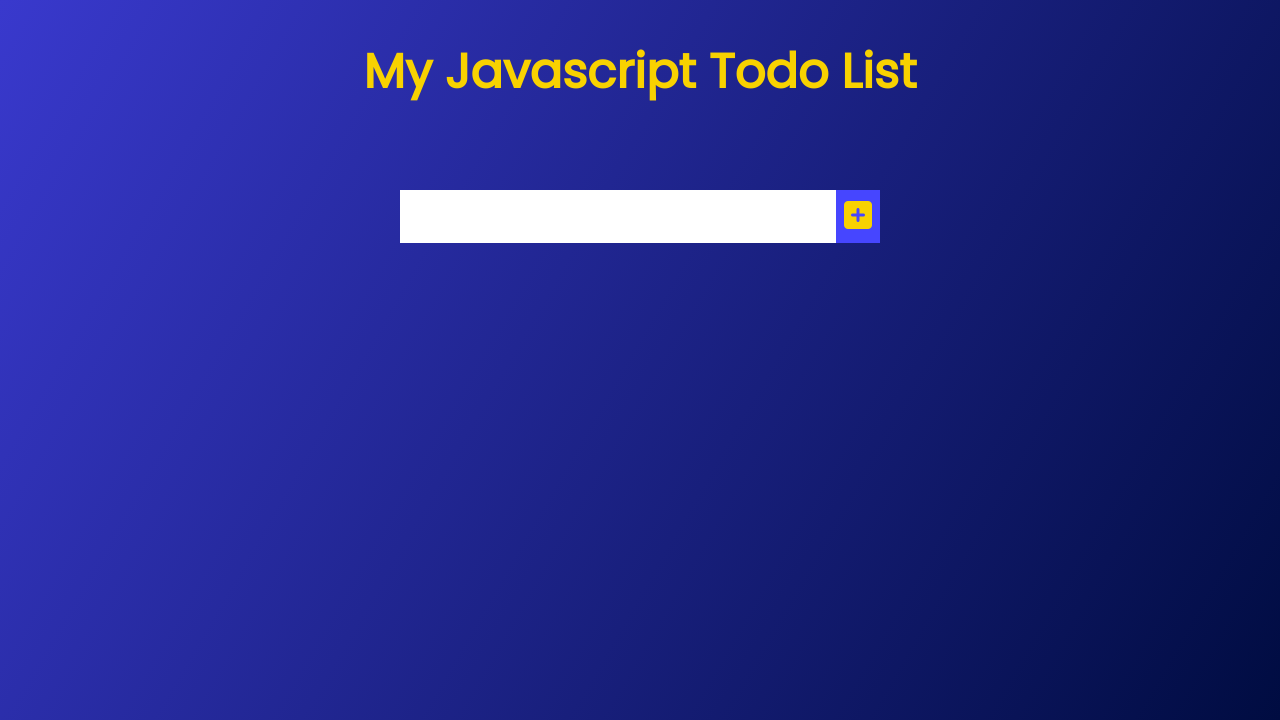
Repository: LuisMiLR/JavaScript-Todo-List
Page: index.html
An editor plug-in stored every save of this project. The page is shown before and after the next save, followed by the edit.
The browser window is 1280 px wide. The pictures show the whole page.
The pointer rests on the first visible `form button`.

Above is the page before, as saved 2023-05-01 14:13:36.

After the next save:
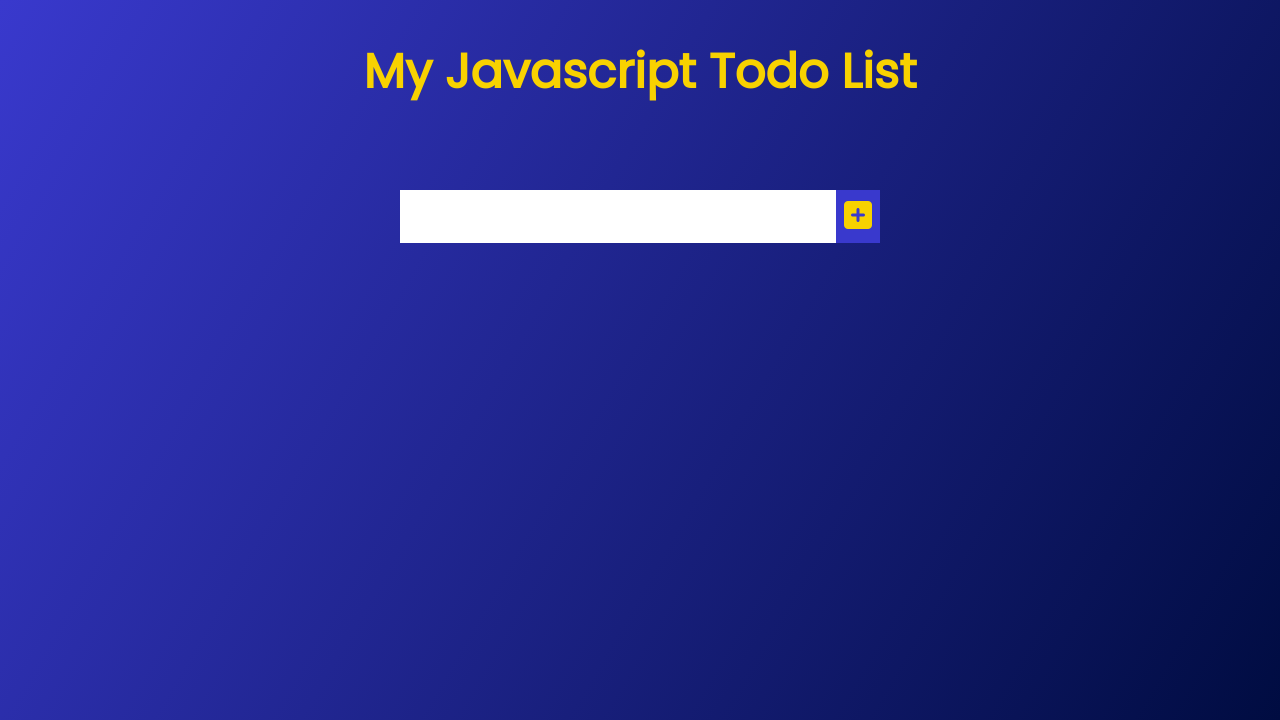
Saved 9 s later.
--- a/style.css
+++ b/style.css
@@ -35,6 +35,6 @@ form button{
 }
 
 form button:hover {
-    background: #4646ff;
+    background: #3939cd;
     color: rgb(248, 210, 0);
 }
